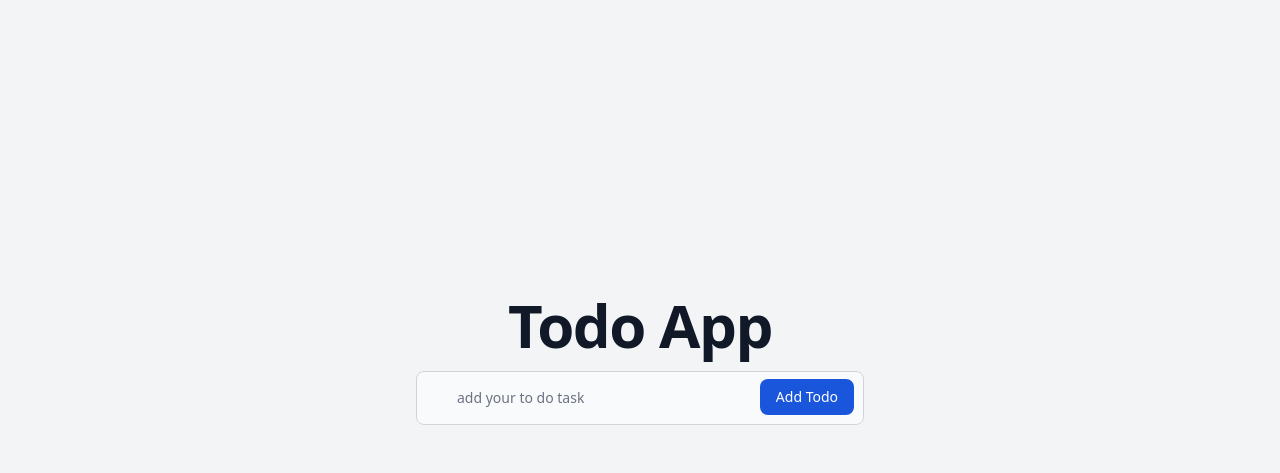
Repository: sodmaq/Todo-App
Page: /
The author's editor kept a copy of each file at every save. The page is drawn from the files as they stood at one save, then again after the next save.
The browser window is 1280 px wide. The pictures show the whole page.
The project was rebuilt for these pictures with package versions that can differ from the ones it lists, and the page was loaded fresh each time. Also part of the build but not shown: vite.config.js, src/components/Quote.jsx, src/components/TodoItem.jsx.

Above is the page before, as saved 2024-09-04 11:50:00.

### src/App.jsx
import { BrowserRouter, Route, Routes } from "react-router-dom";
import Quote from "./components/Quote";
import Todo from "./Todo";

function App() {
  return (
    <BrowserRouter>
      <Routes>
        <Route path="/" element={<Todo />} />
        <Route path="/quote" element={<Quote />} />
      </Routes>
    </BrowserRouter>
  );
}

export default App;

### src/Todo.jsx
import { useState } from "react";
import Header from "./components/Header";
import TodoInput from "./components/TodoInput";
import TodoList from "./components/TodoList";
import { v4 as uuidv4 } from "uuid"; // For generating unique IDs
import { NavLink } from "react-router-dom";

function Todo() {
  const [todos, setTodos] = useState([]);

  const addTodo = (text) => {
    const newTodo = { id: uuidv4(), text, completed: false };
    setTodos([...todos, newTodo]);
  };

  const toggleComplete = (id) => {
    setTodos(
      todos.map((todo) =>
        todo.id === id ? { ...todo, completed: !todo.completed } : todo
      )
    );
  };

  const editTodo = (id, newText) => {
    setTodos(
      todos.map((todo) => (todo.id === id ? { ...todo, text: newText } : todo))
    );
  };

  const deleteTodo = (id) => {
    setTodos(todos.filter((todo) => todo.id !== id));
  };

  return (
    <main className="bg-gray-100 h-screen flex justify-center items-center">
      <div className="max-w-md mx-auto w-full ">
        <Header />
        <TodoInput addTodo={addTodo} />
        <TodoList
          todos={todos}
          toggleComplete={toggleComplete}
          deleteTodo={deleteTodo}
          editTodo={editTodo}
        />
        <NavLink></NavLink>
      </div>
    </main>
  );
}

export default Todo;

### src/components/Header.jsx
function Header() {
  return (
    <div>
      <h1 className="mb-4 text-4xl font-extrabold leading-none tracking-tight text-gray-900 md:text-5xl lg:text-6xl dark:text-white text-center">
        Todo App
      </h1>
    </div>
  );
}

export default Header;

### src/components/TodoInput.jsx
import { useState } from "react";

function TodoInput({ addTodo }) {
  const [todo, setTodo] = useState("");

  const handleSubmit = (e) => {
    e.preventDefault();

    if (todo) {
      addTodo(todo);
      setTodo("");
    }
  };

  return (
    <div>
      <form className="max-w-md mx-auto" onSubmit={handleSubmit}>
        <label
          htmlFor="default-search"
          className="mb-2 text-sm font-medium text-gray-900 sr-only dark:text-white"
        >
          add todo
        </label>
        <div className="relative">
          <div className="absolute inset-y-0 left-0 flex items-center pl-3 pointer-events-none">
            <svg
              className="w-4 h-4 text-gray-500 dark:text-gray-400"
              aria-hidden="true"
              xmlns="http://www.w3.org/2000/svg"
              fill="none"
              viewBox="0 0 20 20"
            >
              <path />
            </svg>
          </div>
          <input
            type="search"
            id="default-search"
            className="block w-full p-4 pl-10 text-sm text-gray-900 border border-gray-300 rounded-lg bg-gray-50 focus:ring-blue-500 focus:border-blue-500 dark:bg-gray-700 dark:border-gray-600 dark:placeholder-gray-400 dark:text-white dark:focus:ring-blue-500 dark:focus:border-blue-500"
            placeholder="add your to do task"
            required
            onChange={(e) => setTodo(e.target.value)}
            value={todo}
          />
          <button
            type="submit"
            className="text-white absolute right-2.5 bottom-2.5 bg-blue-700 hover:bg-blue-800 focus:ring-4 focus:outline-none focus:ring-blue-300 font-medium rounded-lg text-sm px-4 py-2 dark:bg-blue-600 dark:hover:bg-blue-700 dark:focus:ring-blue-800"
          >
            Add Todo
          </button>
        </div>
      </form>
    </div>
  );
}

export default TodoInput;

### src/components/TodoList.jsx
import TodoItem from "./TodoItem";
function TodoList({ todos, toggleComplete, deleteTodo, editTodo }) {
  return (
    <div className="max-w-md mx-auto">
      <ul>
        {todos.map((todo) => (
          <TodoItem
            key={todo.id}
            todo={todo}
            toggleComplete={toggleComplete}
            deleteTodo={deleteTodo}
            editTodo={editTodo}
          />
        ))}
      </ul>
    </div>
  );
}

export default TodoList;

### tailwind.config.js
import flowbite from "flowbite/plugin";

/** @type {import('tailwindcss').Config} */
export default {
  content: [
    "./index.html",
    "./src/**/*.{js,ts,jsx,tsx}",
    "./node_modules/flowbite/**/*.js",
  ],
  theme: {
    extend: {},
  },
  plugins: [flowbite],
};

Loaded but not shown: index.html (common file); src/main.jsx (common file); src/index.css (common file)

After the next save:
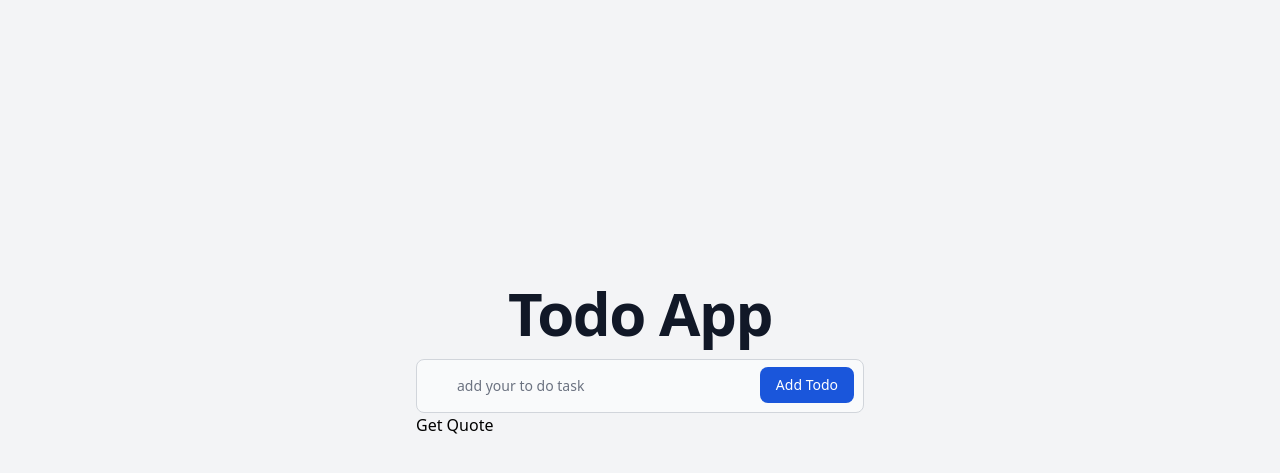
Saved 30 s later.
--- a/src/Todo.jsx
+++ b/src/Todo.jsx
@@ -42,7 +42,7 @@
           deleteTodo={deleteTodo}
           editTodo={editTodo}
         />
-        <NavLink></NavLink>
+        <NavLink to="/quote"> Get Quote</NavLink>
       </div>
     </main>
   );
